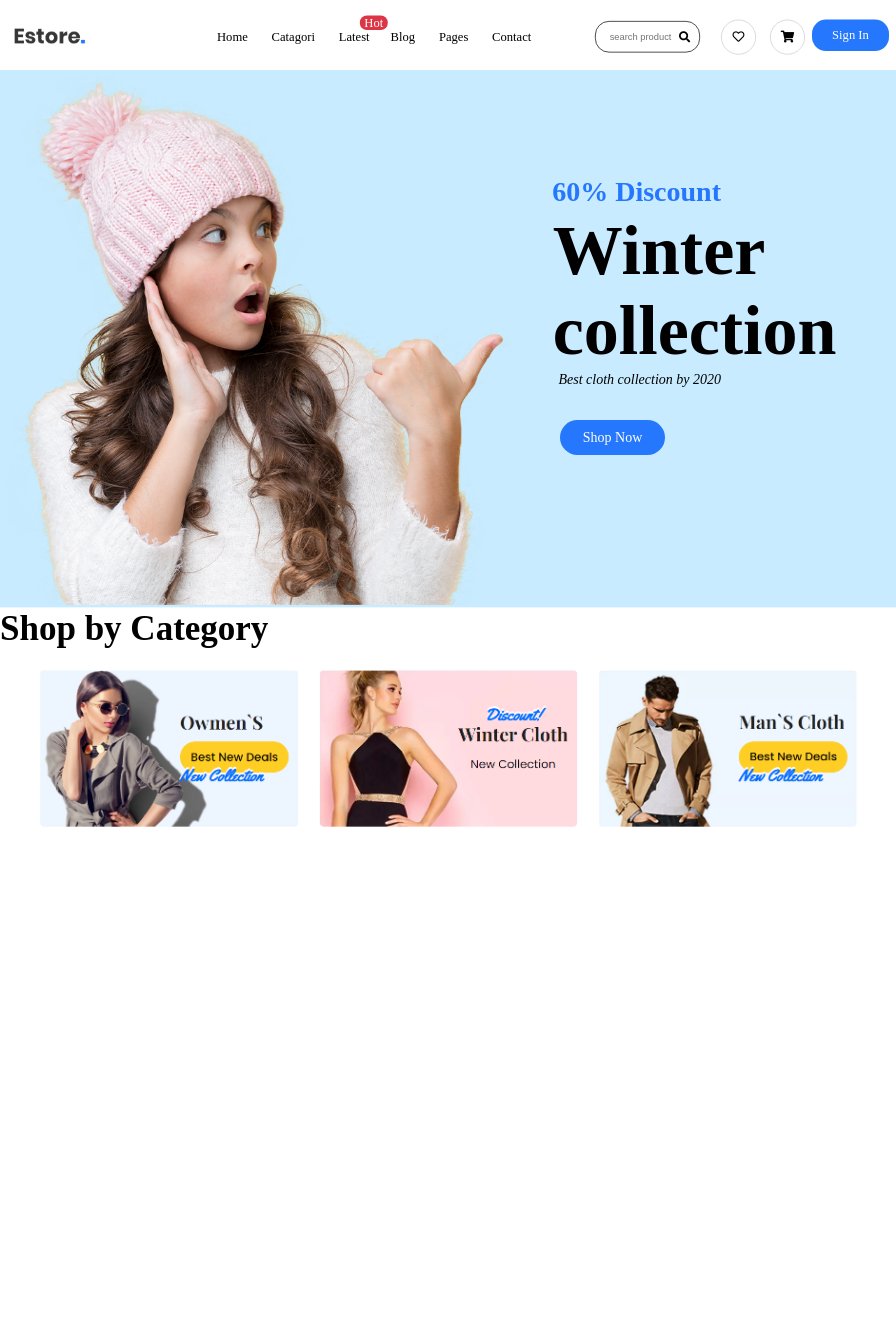
Repository: nhutduy0803/template1
Page: index.html
The author's editor kept a copy of each file at every save. The page is drawn from the files as they stood at one save, then again after the next save.
The browser window is 1280 px wide. The pictures show the part of the page from y = 0 to 1920 px (the page is 3868 px tall), at 70% of full size.

Above is the page before, as saved 2021-12-03 20:08:22.

After the next save:
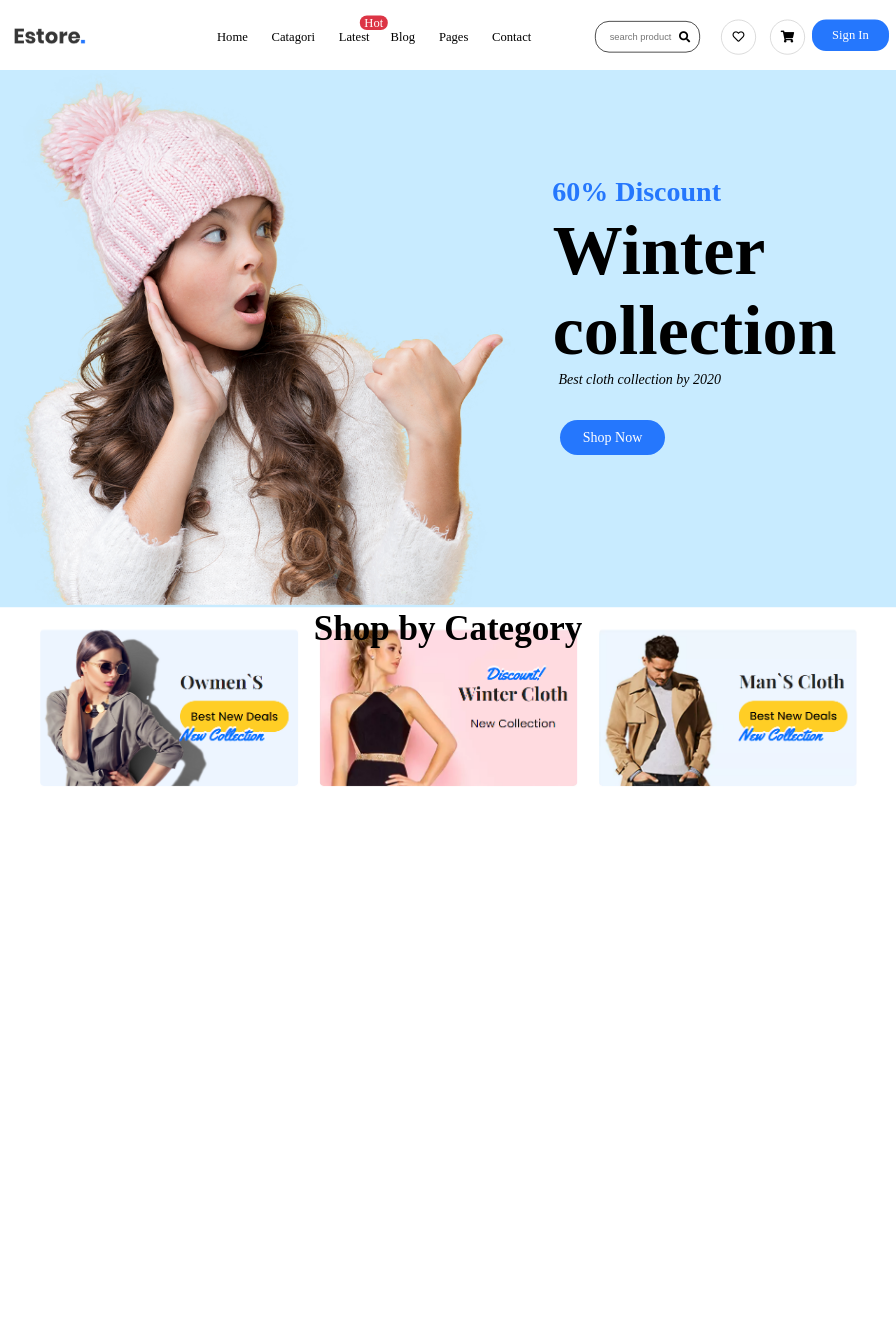
Saved 25 s later.
--- a/assets/css/style.css
+++ b/assets/css/style.css
@@ -296,6 +296,9 @@ html {
 
 .content h2 {
   font-size: 50px;
+  position: absolute;
+  transform: translate(-50%);
+  left: 50%;
 }
 
 .img-content {
